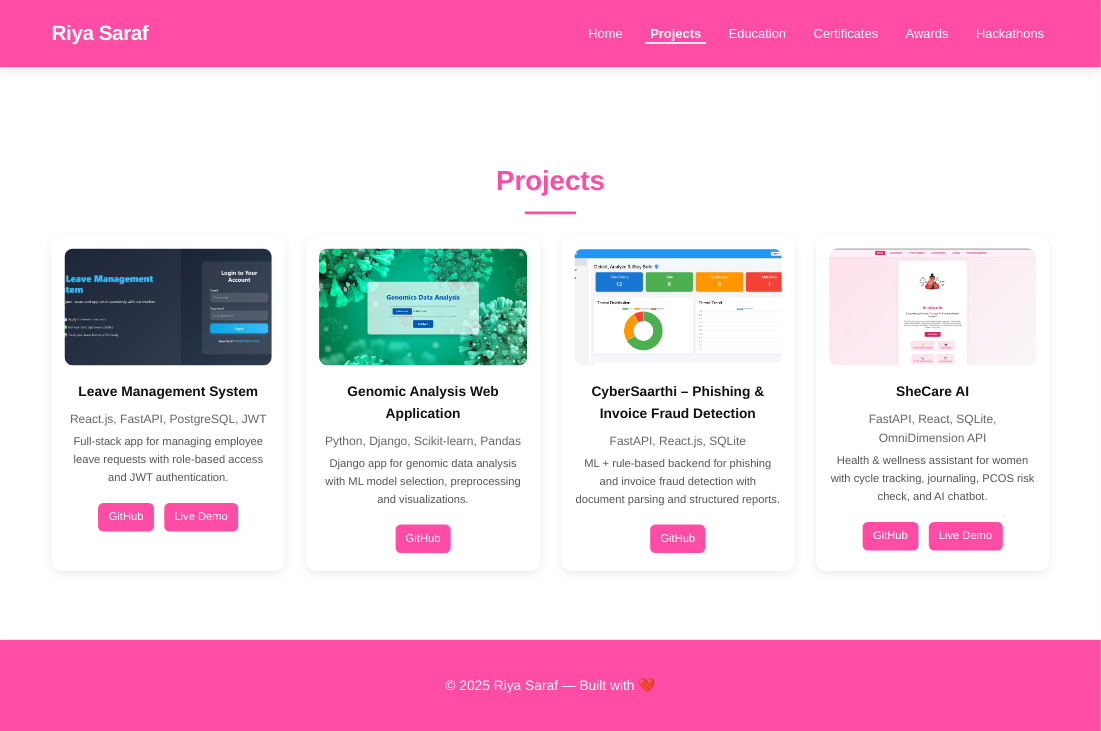
Repository: riyaaaa19/riya-portfolio
Page: /, after clicking the first element matching `nav > :nth-child(2)`
An editor plug-in stored every save of this project. The page is shown before and after the next save, followed by the edit.
The browser window is 1280 px wide. The pictures show the whole page, at 86% of full size.
The project was rebuilt for these pictures with package versions that can differ from the ones it lists, and the page was loaded fresh each time.

Above is the page before, as saved 2025-09-14 14:06:31.

After the next save:
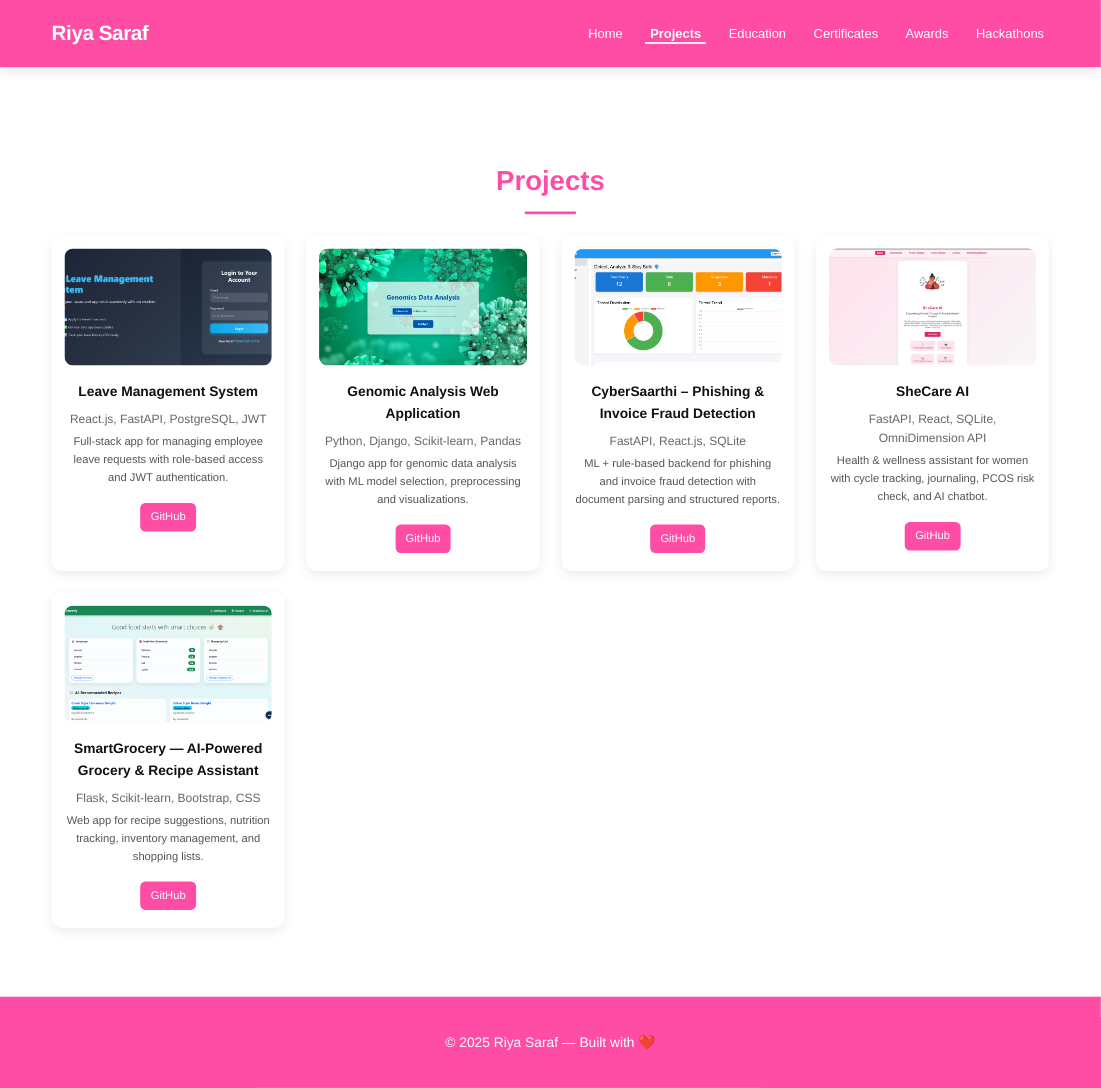
Saved 3 min 1 s later.
--- a/src/App.js
+++ b/src/App.js
@@ -12,7 +12,6 @@ export default function RiyaSarafPortfolio() {
       tech: "React.js, FastAPI, PostgreSQL, JWT",
       desc: "Full-stack app for managing employee leave requests with role-based access and JWT authentication.",
       github: "https://github.com/riyaaaa19/leave-management-system",
-      live: "https://leave-management-system-cltb.onrender.com/",
       img: "/images/leave.png",
     },
     {
@@ -34,8 +33,14 @@ export default function RiyaSarafPortfolio() {
       tech: "FastAPI, React, SQLite, OmniDimension API",
       desc: "Health & wellness assistant for women with cycle tracking, journaling, PCOS risk check, and AI chatbot.",
       github: "https://github.com/sonamnimje/SheCare-AI",
-      live: "https://shecare-ai-1-5jqe.onrender.com/",
       img: "/images/shecare.png",
+    },
+    {
+    title: "SmartGrocery — AI-Powered Grocery & Recipe Assistant",
+    tech: "Flask, Scikit-learn, Bootstrap, CSS",
+    desc: "Web app for recipe suggestions, nutrition tracking, inventory management, and shopping lists.",
+    github: "https://github.com/arnavv19/Smart-Grocery-AI",
+    img: "/images/grocery.png",
     }
   ];
 
